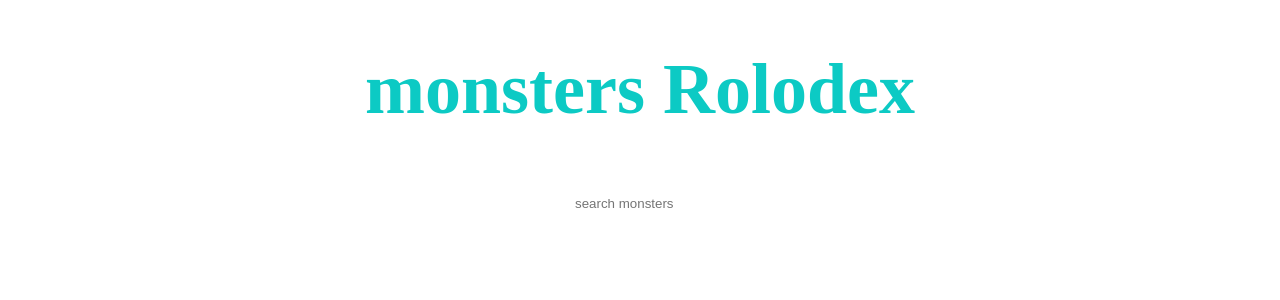
Repository: atko87/Monsters-Rolodex
Page: /
The author's editor kept a copy of each file at every save. The page is drawn from the files as they stood at one save, then again after the next save.
The browser window is 1280 px wide. The pictures show the whole page.
The page's requests for data from a server got no answer. Some web fonts or font styles are not loaded; a fallback is used. The project was rebuilt for these pictures with package versions that can differ from the ones it lists, and the page was loaded fresh each time. No one was signed in, and anything a server would have sent is missing. Also part of the build but not shown: src/components/card/card.css, src/components/card/card.js.

Above is the page before, as saved 2020-03-01 22:03:54.

After the next save:
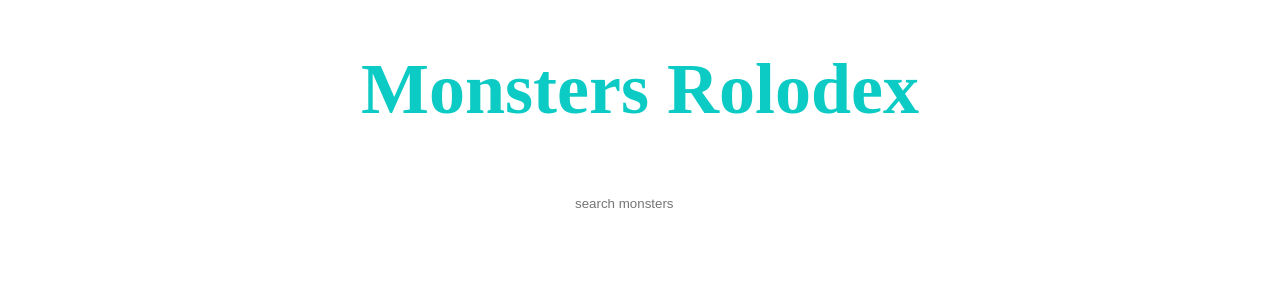
Saved 27 s later.
--- a/src/App.js
+++ b/src/App.js
@@ -33,7 +33,7 @@
 
     return (
       <div className='App'>
-        <h1>monsters Rolodex</h1>
+        <h1>Monsters Rolodex</h1>
         <SearchBox
           placeholder='search monsters'
           handleChange={this.handleChange}
